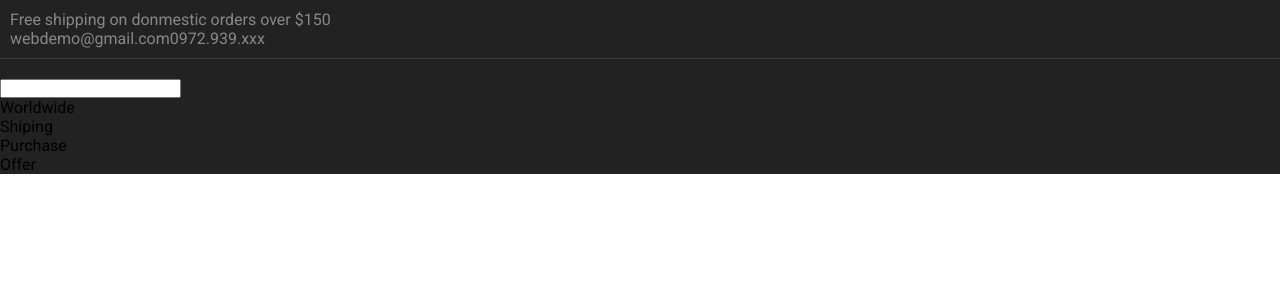
Repository: ldminh95/demo01
Page: index.html
The author's editor kept a copy of each file at every save. The page is drawn from the files as they stood at one save, then again after the next save.
The browser window is 1280 px wide. The pictures show the whole page.

Above is the page before, as saved 2023-09-09 15:56:30.

After the next save:
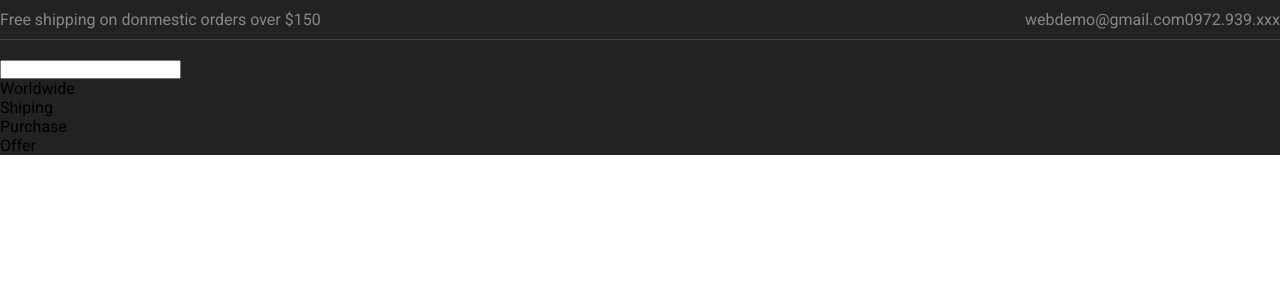
Saved 43 s later.
--- a/style.css
+++ b/style.css
@@ -17,7 +17,7 @@
 header {
     background-color: #222222;
 }
-.header_info {
+.header_info .inner {
     display: flex;
     justify-content: space-between;
     padding: 10px 0;
